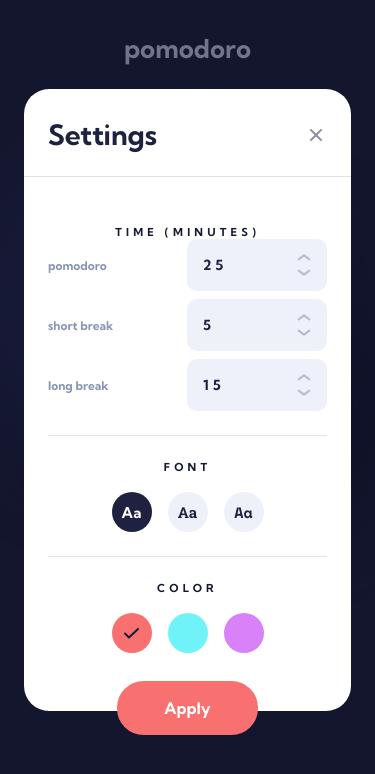
Repository: blordeus/pomodoro-app
Page: /, after clicking the first element matching `button.settings-trigger`
An editor plug-in stored every save of this project. The page is shown before and after the next save, followed by the edit.
The browser window is 375 px wide. The pictures show the whole page.
The project was rebuilt for these pictures with package versions that can differ from the ones it lists, and the page was loaded fresh each time.

Above is the page before, as saved 2026-05-09 18:30:54.

### index.html
<!doctype html>
<html lang="en">
  <head>
    <meta charset="UTF-8" />
    <meta name="viewport" content="width=device-width, initial-scale=1.0" />
    <title>Pomodoro App</title>
  </head>
  <body>
    <div id="root"></div>
    <script type="module" src="/src/main.jsx"></script>
  </body>
</html>

### src/main.jsx
import React from 'react';
import { createRoot } from 'react-dom/client';
import './index.css';
import App from './App.jsx';

createRoot(document.getElementById('root')).render(
  <React.StrictMode>
    <App />
  </React.StrictMode>
);

### src/index.css
@import url('https://fonts.googleapis.com/css2?family=Kumbh+Sans:wght@400;700&family=Roboto+Slab:wght@400;700&family=Space+Mono:wght@400;700&display=swap');

/* ─── Design Tokens ─────────────────────────────────────────── */
:root {
  --bg: #1E213F;
  --surface: #161932;
  --surface-alt: #0D0E1C;
  --text-primary: #D7E0FF;
  --text-muted: #8895B3;
  --modal-bg: #FFFFFF;
  --modal-text: #161932;
  --modal-label: #1E213F;
  --modal-section-title: #161932;
  --input-bg: #EFF1FA;
  --input-text: #1E213F;
  --divider: #E3E1E1;

  /* Accent — overridden by useSettings via JS */
  --accent: #F87070;

  /* Font — overridden by useSettings via JS */
  --font-app: 'Kumbh Sans', sans-serif;

  /* Timer sizing */
  --timer-outer: 410px;
  --timer-inner: 340px;
  --timer-ring-size: 339px;
}

/* ─── Reset & Base ──────────────────────────────────────────── */
*, *::before, *::after {
  box-sizing: border-box;
  margin: 0;
  padding: 0;
}

body {
  font-family: var(--font-app);
  background-color: var(--bg);
  color: var(--text-primary);
  min-height: 100vh;
  transition: font-family 0.2s ease;
}

button {
  cursor: pointer;
  border: none;
  background: none;
  font-family: inherit;
}

/* ─── App Layout ────────────────────────────────────────────── */
.app {
  display: flex;
  flex-direction: column;
  align-items: center;
  padding: 48px 24px 56px;
  min-height: 100vh;
}

.app__title {
  font-size: 1.625rem;
  font-weight: 700;
  letter-spacing: 0;
  color: var(--text-primary);
  margin-bottom: 45px;
}

/* ─── Mode Selector ─────────────────────────────────────────── */
.mode-selector {
  display: flex;
  align-items: center;
  background-color: var(--surface);
  border-radius: 31.5px;
  padding: 8px;
  gap: 0;
  margin-bottom: 48px;
}

.mode-btn {
  font-family: var(--font-app);
  font-size: 0.75rem;
  font-weight: 700;
  color: var(--text-muted);
  border-radius: 26.5px;
  padding: 14px 24px;
  transition: color 0.25s ease, background-color 0.25s ease;
  white-space: nowrap;
}

.mode-btn:hover {
  color: var(--text-primary);
}

.mode-btn--active {
  background-color: var(--accent);
  color: var(--modal-label);
}

/* ─── Timer ─────────────────────────────────────────────────── */
.timer-wrapper {
  margin-bottom: 63px;
}

.timer-outer {
  width: var(--timer-outer);
  height: var(--timer-outer);
  border-radius: 50%;
  background: linear-gradient(315deg, #2E325A 0%, #0E112A 100%);
  box-shadow:
    -50px -50px 100px #272C5A,
    50px 50px 100px #121530;
  display: flex;
  align-items: center;
  justify-content: center;
}

.timer-inner {
  width: var(--timer-inner);
  height: var(--timer-inner);
  border-radius: 50%;
  background: var(--surface);
  display: flex;
  align-items: center;
  justify-content: center;
  position: relative;
}

.timer-ring {
  position: absolute;
  inset: 0;
  display: flex;
  align-items: center;
  justify-content: center;
  width: 100%;
  height: 100%;
  padding: 20px;
}

.progress-ring {
  overflow: visible;
  width: 100%;
  height: 100%;
}

.timer-face {
  position: relative;
  z-index: 1;
  display: flex;
  flex-direction: column;
  align-items: center;
  gap: 15px;
  padding: 20px 40px;
  border-radius: 50%;
  background: transparent;
  transition: opacity 0.15s ease;
}

.timer-face:hover .timer-action {
  color: var(--accent);
}

.timer-time {
  font-family: var(--font-app);
  font-size: 5.5rem;
  font-weight: 700;
  color: var(--text-primary);
  letter-spacing: -4px;
  line-height: 1;
}

.timer-action {
  font-family: var(--font-app);
  font-size: 0.875rem;
  font-weight: 700;
  letter-spacing: 13px;
  color: var(--text-primary);
  text-transform: uppercase;
  transition: color 0.2s ease;
  /* offset to account for letter-spacing on last char */
  padding-left: 13px;
}

/* ─── Settings Trigger ──────────────────────────────────────── */
.settings-trigger {
  color: var(--text-muted);
  transition: color 0.2s ease;
  padding: 8px;
}

.settings-trigger:hover {
  color: var(--text-primary);
}

.settings-trigger img {
  opacity: 0.5;
  transition: opacity 0.2s ease;
}

.settings-trigger:hover img {
  opacity: 1;
}

/* ─── Settings Modal ────────────────────────────────────────── */
.modal-backdrop {
  position: fixed;
  inset: 0;
  background: rgba(10, 12, 28, 0.5);
  display: flex;
  align-items: center;
  justify-content: center;
  z-index: 100;
  padding: 24px;
}

.modal {
  background: var(--modal-bg);
  border-radius: 25px;
  width: 100%;
  max-width: 540px;
  position: relative;
  overflow: visible;
}

.modal__header {
  display: flex;
  align-items: center;
  justify-content: space-between;
  padding: 34px 40px 28px;
  border-bottom: 1px solid var(--divider);
}

.modal__title {
  font-size: 1.75rem;
  font-weight: 700;
  color: var(--modal-label);
}

.modal__close {
  color: var(--text-muted);
  padding: 4px;
  transition: color 0.2s ease;
  display: flex;
  align-items: center;
  justify-content: center;
}

.modal__close:hover {
  color: var(--modal-label);
}

.modal__body {
  padding: 24px 40px;
}

.modal__section {
  padding: 24px 0;
}

.modal__section--row {
  display: flex;
  align-items: center;
  justify-content: space-between;
}

.modal__section-title {
  font-size: 0.6875rem;
  font-weight: 700;
  letter-spacing: 4.23px;
  color: var(--modal-section-title);
  text-transform: uppercase;
  margin-bottom: 18px;
}

.modal__section--row .modal__section-title {
  margin-bottom: 0;
}

.modal__time-inputs {
  display: flex;
  gap: 20px;
}

.modal__divider {
  height: 1px;
  background: var(--divider);
}

.modal__options {
  display: flex;
  gap: 16px;
  align-items: center;
}

.modal__footer {
  display: flex;
  justify-content: center;
  padding-bottom: 0;
  /* Apply button overlaps the bottom of the modal */
  margin-top: -20px;
  margin-bottom: -24px;
}

/* ─── TimeInput ─────────────────────────────────────────────── */
.time-input {
  flex: 1;
  display: flex;
  flex-direction: column;
  gap: 8px;
}

.time-input__label {
  font-size: 0.75rem;
  font-weight: 700;
  color: var(--text-muted);
}

.time-input__control {
  display: flex;
  align-items: center;
  justify-content: space-between;
  background: var(--input-bg);
  border-radius: 10px;
  padding: 14px 16px;
  gap: 16px;
}

.time-input__value {
  font-size: 0.875rem;
  font-weight: 700;
  color: var(--input-text);
}

.time-input__arrows {
  display: flex;
  flex-direction: column;
  gap: 8px;
}

.time-input__arrow {
  color: #8895B3;
  display: flex;
  align-items: center;
  justify-content: center;
  transition: color 0.15s ease;
  padding: 0;
  line-height: 1;
}

.time-input__arrow img {
  width: 14px;
  height: 8px;
}

.time-input__arrow:hover {
  color: var(--input-text);
}

/* ─── Font Buttons ──────────────────────────────────────────── */
.font-btn {
  width: 40px;
  height: 40px;
  border-radius: 50%;
  font-size: 0.9375rem;
  font-weight: 700;
  background: var(--input-bg);
  color: var(--modal-label);
  display: flex;
  align-items: center;
  justify-content: center;
  transition: background-color 0.2s ease, color 0.2s ease;
}

.font-btn--active {
  background: var(--modal-label);
  color: var(--modal-bg);
}

/* ─── Color Buttons ─────────────────────────────────────────── */
.color-btn {
  width: 40px;
  height: 40px;
  border-radius: 50%;
  position: relative;
  transition: opacity 0.2s ease;
}

.color-btn:hover {
  opacity: 0.85;
}

.color-btn--active::after {
  content: '';
  position: absolute;
  inset: 0;
  display: flex;
  align-items: center;
  justify-content: center;
  background-image: url("data:[embedded picture, 244 characters]");
  background-repeat: no-repeat;
  background-position: center;
}

/* ─── Apply Button ──────────────────────────────────────────── */
.apply-btn {
  font-family: var(--font-app);
  font-size: 1rem;
  font-weight: 700;
  color: white;
  background: var(--accent);
  border-radius: 26.5px;
  padding: 17px 47px;
  transition: filter 0.2s ease;
}

.apply-btn:hover {
  filter: brightness(1.15);
}

/* ─── Responsive ────────────────────────────────────────────── */
@media (max-width: 600px) {
  :root {
    --timer-outer: 300px;
    --timer-inner: 267px;
    --timer-ring-size: 248px;
  }

  .app {
    padding: 32px 24px 48px;
  }

  .app__title {
    margin-bottom: 40px;
  }

  .mode-selector {
    margin-bottom: 45px;
  }

  .mode-btn {
    padding: 11px 16px;
    font-size: 0.6875rem;
  }

  .timer-time {
    font-size: 5rem;
    letter-spacing: -3px;
  }

  .timer-wrapper {
    margin-bottom: 56px;
  }

  /* Settings modal: stack time inputs vertically */
  .modal__time-inputs {
    flex-direction: column;
    gap: 8px;
  }

  .time-input__control {
    width: 140px;
    flex-shrink: 0;
  }

  .time-input__value {
    letter-spacing: 4px;
  }

  .time-input {
    flex-direction: row;
    align-items: center;
    justify-content: space-between;
  }

  .time-input__label {
    flex-shrink: 0;
  }

  .modal__header {
    padding: 28px 24px 24px;
  }

  .modal__body {
    padding: 24px 24px;
  }

  .modal__section--row {
    flex-direction: column;
    align-items: center;
    gap: 18px;
    text-align: center;
  }

  .modal__section-title {
    margin-bottom: 0;
    text-align: center;
  }


}

### src/App.jsx
import React, { useState } from 'react';
import { useTimer } from './hooks/useTimer';
import { useSettings } from './hooks/useSettings';
import ModeSelector from './components/ModeSelector';
import TimerDisplay from './components/TimerDisplay';
import SettingsModal from './components/SettingsModal';

const App = () => {
  const { settings, applySettings } = useSettings();
  const { mode, status, formattedTime, progress, start, pause, restart, switchMode } = useTimer(settings);
  const [showSettings, setShowSettings] = useState(false);

  return (
    <div className="app">
      <h1 className="app__title">pomodoro</h1>

      <ModeSelector mode={mode} onSwitch={switchMode} />

      <TimerDisplay
        formattedTime={formattedTime}
        progress={progress}
        status={status}
        onStart={start}
        onPause={pause}
        onRestart={restart}
      />

      <button
        className="settings-trigger"
        onClick={() => setShowSettings(true)}
        aria-label="Open settings"
      >
        <img src="/assets/icon-settings.svg" alt="" />
      </button>

      {showSettings && (
        <SettingsModal
          settings={settings}
          onApply={applySettings}
          onClose={() => setShowSettings(false)}
        />
      )}
    </div>
  );
};

export default App;

### src/hooks/useTimer.js
import { useState, useEffect, useRef, useCallback } from 'react';

const MODES = {
  pomodoro: 'pomodoro',
  shortBreak: 'shortBreak',
  longBreak: 'longBreak',
};

export const useTimer = (settings) => {
  const [mode, setMode] = useState(MODES.pomodoro);
  const [status, setStatus] = useState('idle'); // idle | running | paused | complete
  const [timeLeft, setTimeLeft] = useState(settings.pomodoro * 60);
  const intervalRef = useRef(null);

  const totalTime = settings[mode] * 60;

  // Reset timer when mode or settings change
  useEffect(() => {
    clearInterval(intervalRef.current);
    setStatus('idle');
    setTimeLeft(settings[mode] * 60);
  }, [mode, settings]);

  useEffect(() => {
    if (status === 'running') {
      intervalRef.current = setInterval(() => {
        setTimeLeft((prev) => {
          if (prev <= 1) {
            clearInterval(intervalRef.current);
            setStatus('complete');
            return 0;
          }
          return prev - 1;
        });
      }, 1000);
    } else {
      clearInterval(intervalRef.current);
    }

    return () => clearInterval(intervalRef.current);
  }, [status]);

  const start = useCallback(() => setStatus('running'), []);
  const pause = useCallback(() => setStatus('paused'), []);
  const restart = useCallback(() => {
    setStatus('idle');
    setTimeLeft(settings[mode] * 60);
  }, [mode, settings]);

  const switchMode = useCallback((newMode) => {
    setMode(newMode);
  }, []);

  const minutes = Math.floor(timeLeft / 60);
  const seconds = timeLeft % 60;
  const formattedTime = `${String(minutes).padStart(2, '0')}:${String(seconds).padStart(2, '0')}`;
  const progress = timeLeft / totalTime; // 1 = full, 0 = empty

  return {
    mode,
    status,
    timeLeft,
    totalTime,
    formattedTime,
    progress,
    start,
    pause,
    restart,
    switchMode,
    MODES,
  };
};

### src/hooks/useSettings.js
import { useState, useEffect } from 'react';

const STORAGE_KEY = 'pomodoro-settings';

const DEFAULT_SETTINGS = {
  pomodoro: 25,
  shortBreak: 5,
  longBreak: 15,
  font: 'kumbh',   // kumbh | roboto | mono
  color: 'red',    // red | cyan | purple
};

export const useSettings = () => {
  const [settings, setSettings] = useState(() => {
    try {
      const saved = localStorage.getItem(STORAGE_KEY);
      return saved ? { ...DEFAULT_SETTINGS, ...JSON.parse(saved) } : DEFAULT_SETTINGS;
    } catch {
      return DEFAULT_SETTINGS;
    }
  });

  // Apply font + color to :root whenever settings change
  useEffect(() => {
    const root = document.documentElement;

    const fontMap = {
      kumbh: "'Kumbh Sans', sans-serif",
      roboto: "'Roboto Slab', serif",
      mono: "'Space Mono', monospace",
    };

    const colorMap = {
      red: '#F87070',
      cyan: '#70F3F8',
      purple: '#D881F8',
    };

    root.style.setProperty('--accent', colorMap[settings.color]);
    root.style.setProperty('--font-app', fontMap[settings.font]);
  }, [settings.font, settings.color]);

  const applySettings = (newSettings) => {
    const merged = { ...settings, ...newSettings };
    setSettings(merged);
    try {
      localStorage.setItem(STORAGE_KEY, JSON.stringify(merged));
    } catch {
      // storage unavailable, silently continue
    }
  };

  return { settings, applySettings };
};

### src/components/ModeSelector.jsx
import React, { useState } from 'react';

const LABELS = {
  pomodoro: 'pomodoro',
  shortBreak: 'short break',
  longBreak: 'long break',
};

const ModeSelector = ({ mode, onSwitch }) => {
  return (
    <nav className="mode-selector" aria-label="Timer mode">
      {Object.entries(LABELS).map(([key, label]) => (
        <button
          key={key}
          className={`mode-btn${mode === key ? ' mode-btn--active' : ''}`}
          onClick={() => onSwitch(key)}
          aria-pressed={mode === key}
        >
          {label}
        </button>
      ))}
    </nav>
  );
};

export default ModeSelector;

### src/components/TimerDisplay.jsx
import React, { useState } from 'react';
import CircularProgress from './CircularProgress';

const ACTION_LABELS = {
  idle: 'START',
  running: 'PAUSE',
  paused: 'RESUME',
  complete: 'RESTART',
};

const TimerDisplay = ({ formattedTime, progress, status, onStart, onPause, onRestart }) => {
  const actionLabel = ACTION_LABELS[status];

  const handleAction = () => {
    if (status === 'idle' || status === 'paused') onStart();
    else if (status === 'running') onPause();
    else if (status === 'complete') onRestart();
  };

  return (
    <div className="timer-wrapper">
      {/* Outer decorative circle with layered shadow effect */}
      <div className="timer-outer">
        <div className="timer-inner">
          {/* SVG progress ring sits behind the content */}
          <div className="timer-ring">
            <CircularProgress progress={progress} />
          </div>
          {/* Time + action button */}
          <button
            className="timer-face"
            onClick={handleAction}
            aria-label={`${actionLabel} timer, time remaining ${formattedTime}`}
          >
            <span className="timer-time">{formattedTime}</span>
            <span className="timer-action">{actionLabel}</span>
          </button>
        </div>
      </div>
    </div>
  );
};

export default TimerDisplay;

### src/components/SettingsModal.jsx
import React, { useState } from 'react';
import TimeInput from './TimeInput';

const FONTS = [
  { key: 'kumbh', label: 'Aa', style: { fontFamily: "'Kumbh Sans', sans-serif" } },
  { key: 'roboto', label: 'Aa', style: { fontFamily: "'Roboto Slab', serif" } },
  { key: 'mono', label: 'Aa', style: { fontFamily: "'Space Mono', monospace" } },
];

const COLORS = [
  { key: 'red', hex: '#F87070' },
  { key: 'cyan', hex: '#70F3F8' },
  { key: 'purple', hex: '#D881F8' },
];

const SettingsModal = ({ settings, onApply, onClose }) => {
  const [draft, setDraft] = useState({ ...settings });

  const update = (key, value) => setDraft((prev) => ({ ...prev, [key]: value }));

  const handleApply = () => {
    onApply(draft);
    onClose();
  };

  // Close on backdrop click
  const handleBackdrop = (e) => {
    if (e.target === e.currentTarget) onClose();
  };

  return (
    <div className="modal-backdrop" onClick={handleBackdrop} role="dialog" aria-modal="true" aria-labelledby="settings-title">
      <div className="modal">
        <div className="modal__header">
          <h2 className="modal__title" id="settings-title">Settings</h2>
          <button className="modal__close" onClick={onClose} aria-label="Close settings">
            <img src="/assets/icon-close.svg" alt="" />
          </button>
        </div>

        <div className="modal__body">
          {/* Time inputs */}
          <section className="modal__section">
            <h3 className="modal__section-title">Time (Minutes)</h3>
            <div className="modal__time-inputs">
              <TimeInput
                label="pomodoro"
                value={draft.pomodoro}
                onChange={(v) => update('pomodoro', v)}
              />
              <TimeInput
                label="short break"
                value={draft.shortBreak}
                onChange={(v) => update('shortBreak', v)}
              />
              <TimeInput
                label="long break"
                value={draft.longBreak}
                onChange={(v) => update('longBreak', v)}
              />
            </div>
          </section>

          <div className="modal__divider" />

          {/* Font picker */}
          <section className="modal__section modal__section--row">
            <h3 className="modal__section-title">Font</h3>
            <div className="modal__options">
              {FONTS.map(({ key, label, style }) => (
                <button
                  key={key}
                  className={`font-btn${draft.font === key ? ' font-btn--active' : ''}`}
                  style={style}
                  onClick={() => update('font', key)}
                  aria-label={`Font ${key}`}
                  aria-pressed={draft.font === key}
                >
                  {label}
                </button>
              ))}
            </div>
          </section>

          <div className="modal__divider" />

          {/* Color picker */}
          <section className="modal__section modal__section--row">
            <h3 className="modal__section-title">Color</h3>
            <div className="modal__options">
              {COLORS.map(({ key, hex }) => (
                <button
                  key={key}
                  className={`color-btn${draft.color === key ? ' color-btn--active' : ''}`}
                  style={{ backgroundColor: hex }}
                  onClick={() => update('color', key)}
                  aria-label={`Color ${key}`}
                  aria-pressed={draft.color === key}
                />
              ))}
            </div>
          </section>
        </div>

        <div className="modal__footer">
          <button className="apply-btn" onClick={handleApply}>
            Apply
          </button>
        </div>
      </div>
    </div>
  );
};

export default SettingsModal;

### src/components/CircularProgress.jsx
import React, { useState } from 'react';

const CircularProgress = ({ progress, size = 339, strokeWidth = 10 }) => {
  const radius = (size - strokeWidth) / 2;
  const circumference = 2 * Math.PI * radius;
  const offset = circumference - progress * circumference;

  return (
    <svg
      width="100%"
      height="100%"
      viewBox={`0 0 ${size} ${size}`}
      className="progress-ring"
      aria-hidden="true"
    >
      {/* Track (background ring) — invisible, just for spacing */}
      <circle
        cx={size / 2}
        cy={size / 2}
        r={radius}
        fill="none"
        stroke="transparent"
        strokeWidth={strokeWidth}
      />
      {/* Progress arc */}
      <circle
        cx={size / 2}
        cy={size / 2}
        r={radius}
        fill="none"
        stroke="var(--accent)"
        strokeWidth={strokeWidth}
        strokeLinecap="round"
        strokeDasharray={circumference}
        strokeDashoffset={offset}
        // Start at 12 o'clock (default SVG starts at 3 o'clock)
        transform={`rotate(-90 ${size / 2} ${size / 2})`}
        style={{ transition: 'stroke-dashoffset 0.5s linear' }}
      />
    </svg>
  );
};

export default CircularProgress;

### src/components/TimeInput.jsx
import React, { useState } from "react";

const TimeInput = ({ label, value, onChange, min = 1, max = 60 }) => {
  const increment = () => onChange(Math.min(max, value + 1));
  const decrement = () => onChange(Math.max(min, value - 1));

  return (
    <div className="time-input">
      <label className="time-input__label" htmlFor={`time-${label}`}>
        {label}
      </label>
      <div className="time-input__control">
        <span
          className="time-input__value"
          id={`time-${label}`}
          aria-live="polite"
        >
          {value}
        </span>
        <div className="time-input__arrows" aria-hidden="true">
          <div className="time-input__arrows">
            <button
              className="time-input__arrow"
              onClick={increment}
              aria-label={`Increase ${label}`}
            >
              <img src="/assets/icon-arrow-up.svg" alt="" />
            </button>
            <button
              className="time-input__arrow"
              onClick={decrement}
              aria-label={`Decrease ${label}`}
            >
              <img src="/assets/icon-arrow-down.svg" alt="" />
            </button>
          </div>
        </div>
      </div>
    </div>
  );
};

export default TimeInput;

After the next save:
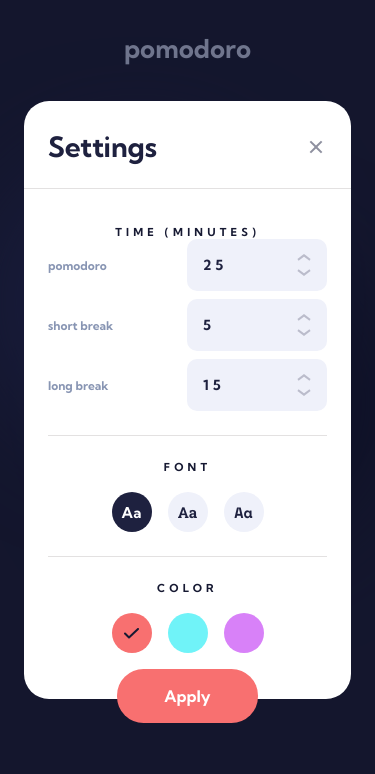
Saved 118 s later.
--- a/src/index.css
+++ b/src/index.css
@@ -481,7 +481,7 @@ button {
   }
 
   .modal__body {
-    padding: 24px 24px;
+    padding: 12px 24px;
   }
 
   .modal__section--row {
